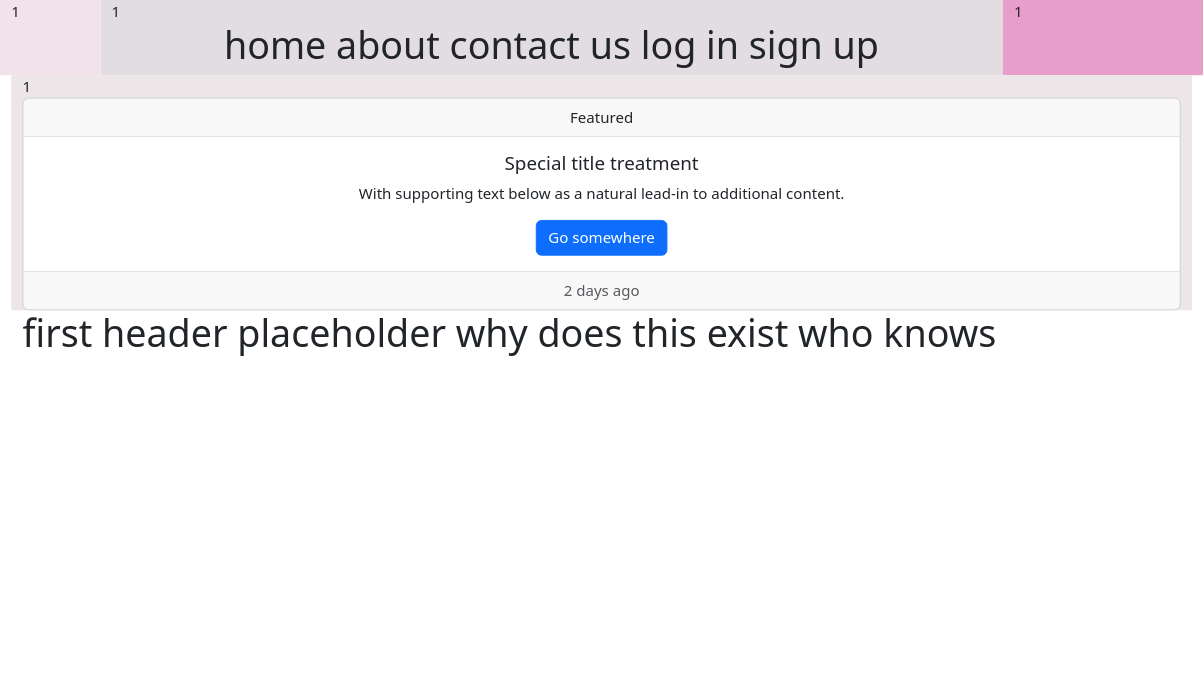
Repository: Treestr/classroom-assistant
Page: templates/homepage.html
These files come from the project's save history. The page is drawn as it stood at one moment and after a run of saves; the edit follows.
The browser window is 1280 px wide. The pictures show the whole page, at 94% of full size.
The template is drawn by Flask 3. The application's start-up code is not run. Other server files are loaded and not shown. The template is opened directly, without the code that normally fills it, so the values that code supplies are empty.

Above is the page before, as saved 2024-04-21 19:53:34.

### templates/homepage.html
<!DOCTYPE html>
<html lang="en">
  <head>
    <meta charset="utf-8" />
    <meta name="viewport" content="width=device-width, initial-scale=1" />
    <title>Bootstrap demo</title>
    <link
      href="https://cdn.jsdelivr.net/npm/bootstrap@5.3.3/dist/css/bootstrap.min.css"
      rel="stylesheet"
      integrity="sha384-QWTKZyjpPEjISv5WaRU9OFeRpok6YctnYmDr5pNlyT2bRjXh0JMhjY6hW+ALEwIH"
      crossorigin="anonymous"
    />
  </head>
  <body>
    <div class="container-fluid">
      <div class="row">
        <div class="col-1" style="background-color: rgb(242, 226, 236)">1</div>
          <div class="col-9" style="background-color: rgb(226, 221, 224)">1
          <h1><center>home about contact us log in sign up </center></h1>
        </div>


           <div class="col-2" style="background-color: rgb(232, 158, 202)">1</div>
      </div>

      <div class="container-fluid">
    <div class="row">
        <div class="col-12" style="background-color: rgb(236, 230, 233)">1




<div class="card text-center">
  <div class="card-header">
    Featured
  </div>
  <div class="card-body">
    <h5 class="card-title">Special title treatment</h5>
    <p class="card-text">With supporting text below as a natural lead-in to additional content.</p>
    <a href="#" class="btn btn-primary">Go somewhere</a>
  </div>
  <div class="card-footer text-body-secondary">
    2 days ago
  </div>
</div>





        </div>

    </div>
    <h1>first header placeholder why does this exist who knows</h1>
    <script
      src="https://cdn.jsdelivr.net/npm/bootstrap@5.3.3/dist/js/bootstrap.bundle.min.js"
      integrity="sha384-YvpcrYf0tY3lHB60NNkmXc5s9fDVZLESaAA55NDzOxhy9GkcIdslK1eN7N6jIeHz"
      crossorigin="anonymous"
    ></script>
    <script
      src="https://cdn.jsdelivr.net/npm/@popperjs/core@2.11.8/dist/umd/popper.min.js"
      integrity="sha384-I7E8VVD/ismYTF4hNIPjVp/Zjvgyol6VFvRkX/vR+Vc4jQkC+hVqc2pM8ODewa9r"
      crossorigin="anonymous"
    ></script>
    <script
      src="https://cdn.jsdelivr.net/npm/bootstrap@5.3.3/dist/js/bootstrap.min.js"
      integrity="sha384-0pUGZvbkm6XF6gxjEnlmuGrJXVbNuzT9qBBavbLwCsOGabYfZo0T0to5eqruptLy"
      crossorigin="anonymous"
    ></script>
  </body>
</html>

After the next 4 saves:
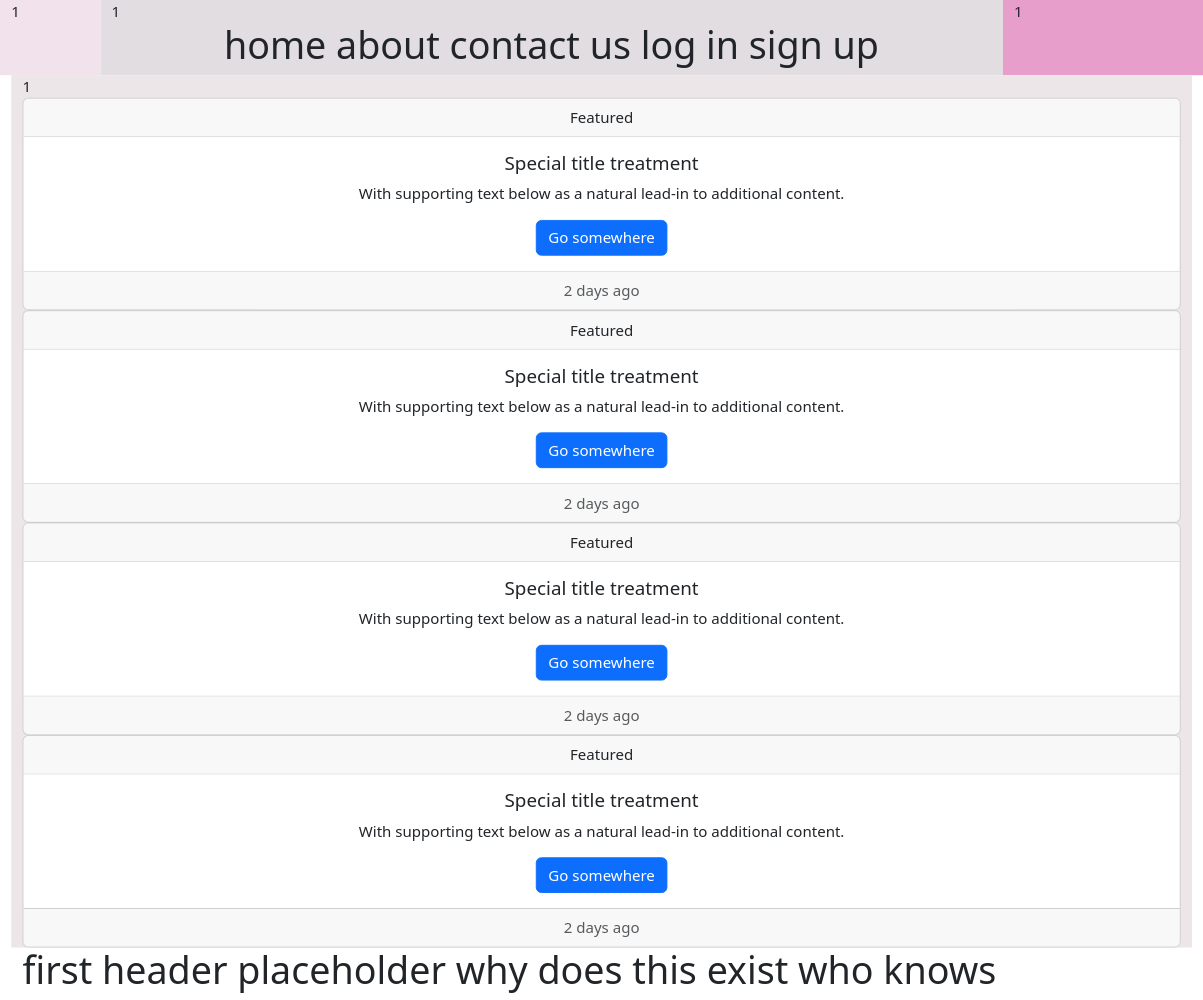
The 4 saves are shown as one change because they came seconds apart.
The last was saved 54 s later.
--- a/templates/homepage.html
+++ b/templates/homepage.html
@@ -44,6 +44,46 @@
   </div>
 </div>
 
+<div class="card text-center">
+  <div class="card-header">
+    Featured
+  </div>
+  <div class="card-body">
+    <h5 class="card-title">Special title treatment</h5>
+    <p class="card-text">With supporting text below as a natural lead-in to additional content.</p>
+    <a href="#" class="btn btn-primary">Go somewhere</a>
+  </div>
+  <div class="card-footer text-body-secondary">
+    2 days ago
+  </div>
+</div>
+<div class="card text-center">
+  <div class="card-header">
+    Featured
+  </div>
+  <div class="card-body">
+    <h5 class="card-title">Special title treatment</h5>
+    <p class="card-text">With supporting text below as a natural lead-in to additional content.</p>
+    <a href="#" class="btn btn-primary">Go somewhere</a>
+  </div>
+  <div class="card-footer text-body-secondary">
+    2 days ago
+  </div>
+</div>
+<div class="card text-center">
+  <div class="card-header">
+    Featured
+  </div>
+  <div class="card-body">
+    <h5 class="card-title">Special title treatment</h5>
+    <p class="card-text">With supporting text below as a natural lead-in to additional content.</p>
+    <a href="#" class="btn btn-primary">Go somewhere</a>
+  </div>
+  <div class="card-footer text-body-secondary">
+    2 days ago
+  </div>
+</div>
+
 
 
 
